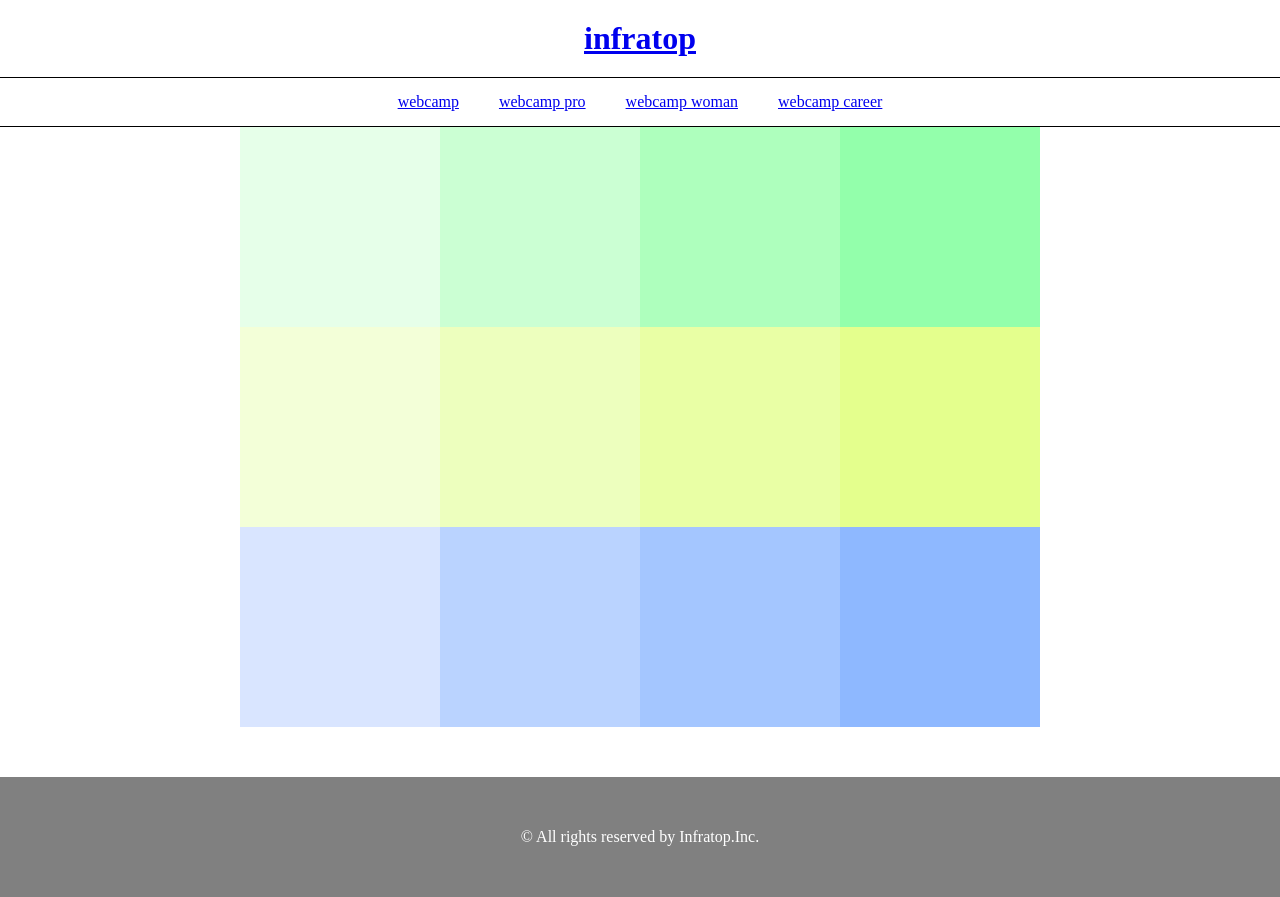
Repository: yuu2310/dmm-webcamp
Page: chapter5_exercise/index.html
The author's editor kept a record of every edit. The page is drawn from the files as they stood at one moment, then again after the next edit.
The browser window is 1280 px wide. The pictures show the whole page.

Above is the page before.

After the next edit:
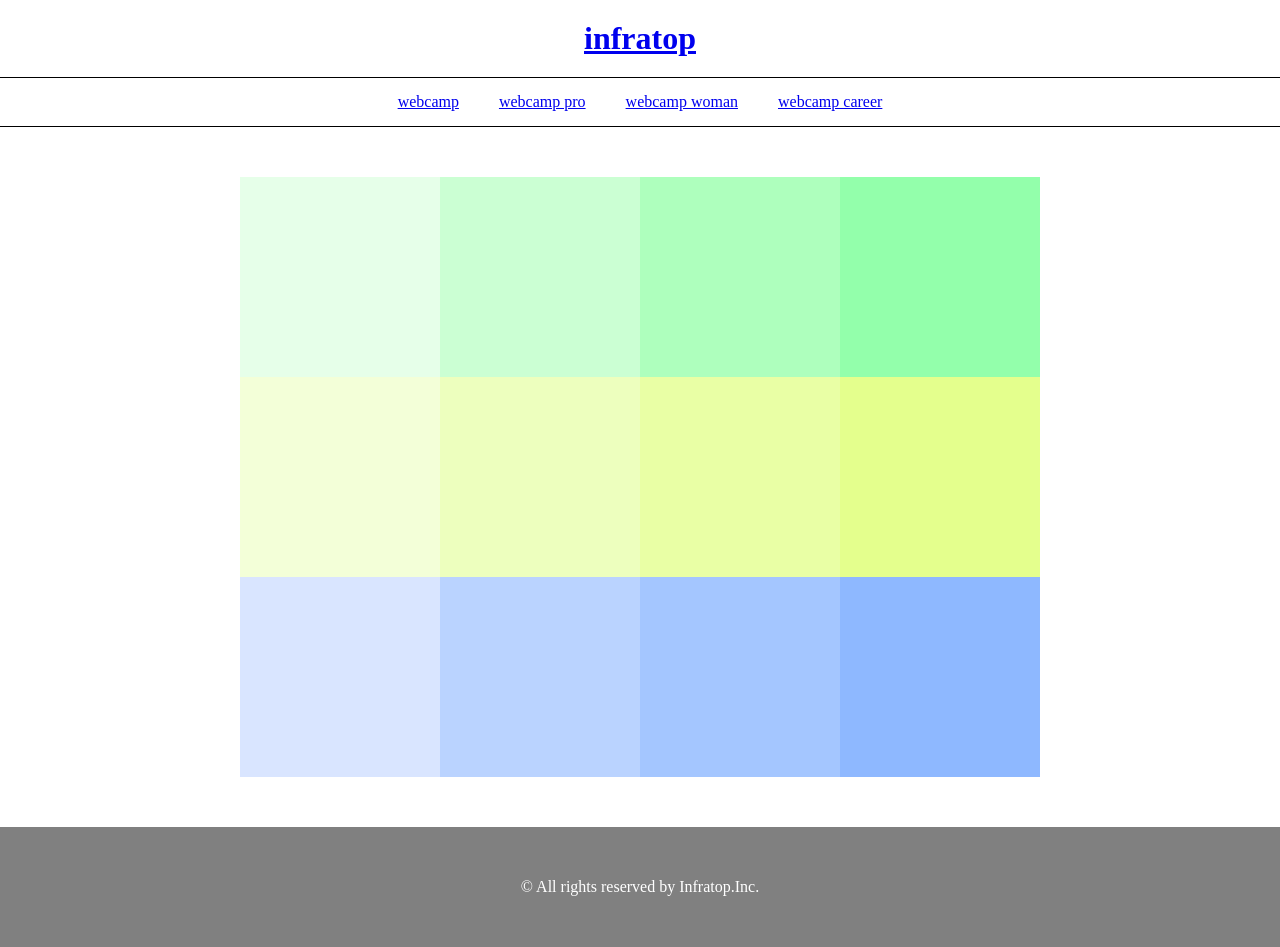
The edit:
--- a/chapter5_exercise/style.css
+++ b/chapter5_exercise/style.css
@@ -17,6 +17,7 @@
   padding: 15px 0;
   border-top: 1px solid #000000;
   border-bottom: 1px solid #000000;
+  margin-bottom: 50px;
 }
 
 .nav-list-item {
